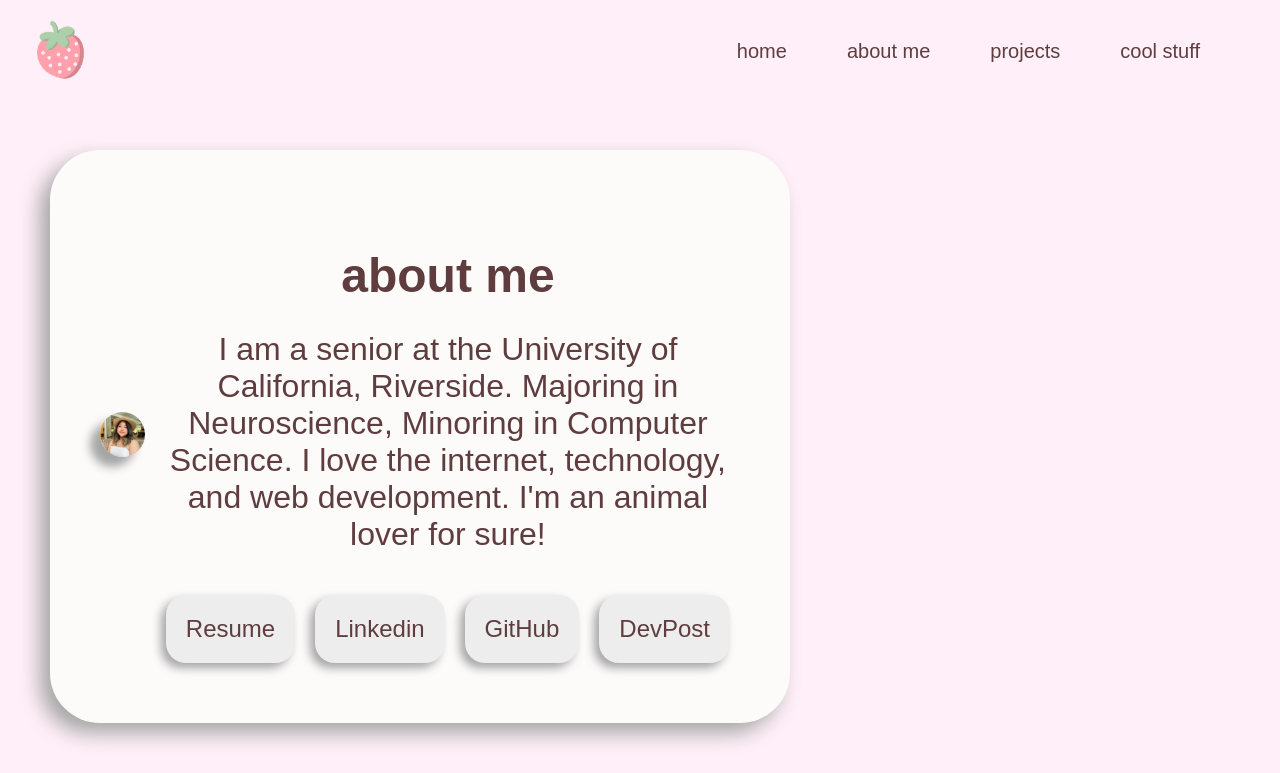
Repository: allisonchuu/strawbeari
Page: aboutme.html
An editor plug-in stored every save of this project. The page is shown before and after the next save, followed by the edit.
The browser window is 1280 px wide. The pictures show the whole page.
Some web fonts or font styles are not loaded; a fallback is used.

Above is the page before, as saved 2022-09-06 15:17:13.

After the next save:
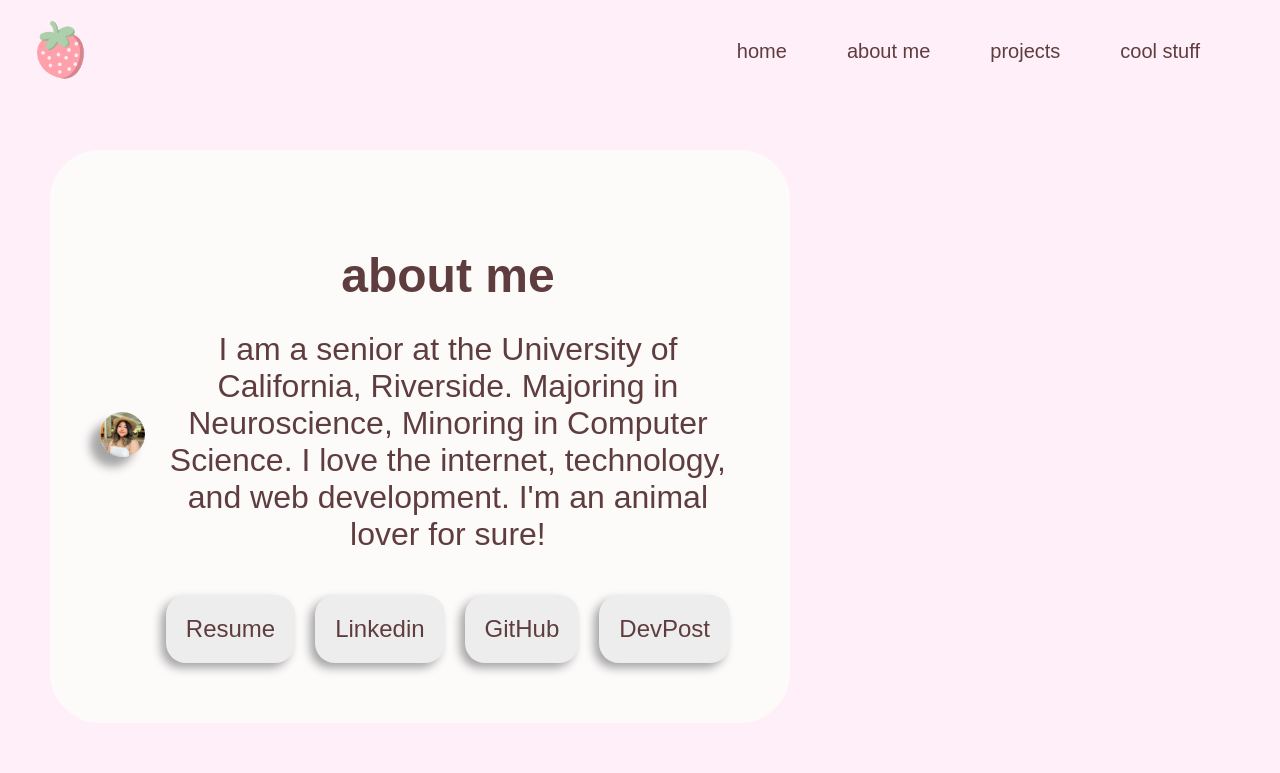
Saved 44 s later.
--- a/style.css
+++ b/style.css
@@ -408,7 +408,6 @@
     margin: 50px;
     border-radius: 50px;
     width: 50%;
-    box-shadow: -10px 10px 20px #A6A6A6;
     opacity: 0;
     animation: textFadeIn 0.5s linear forwards;
     animation-delay: 0.3s;
